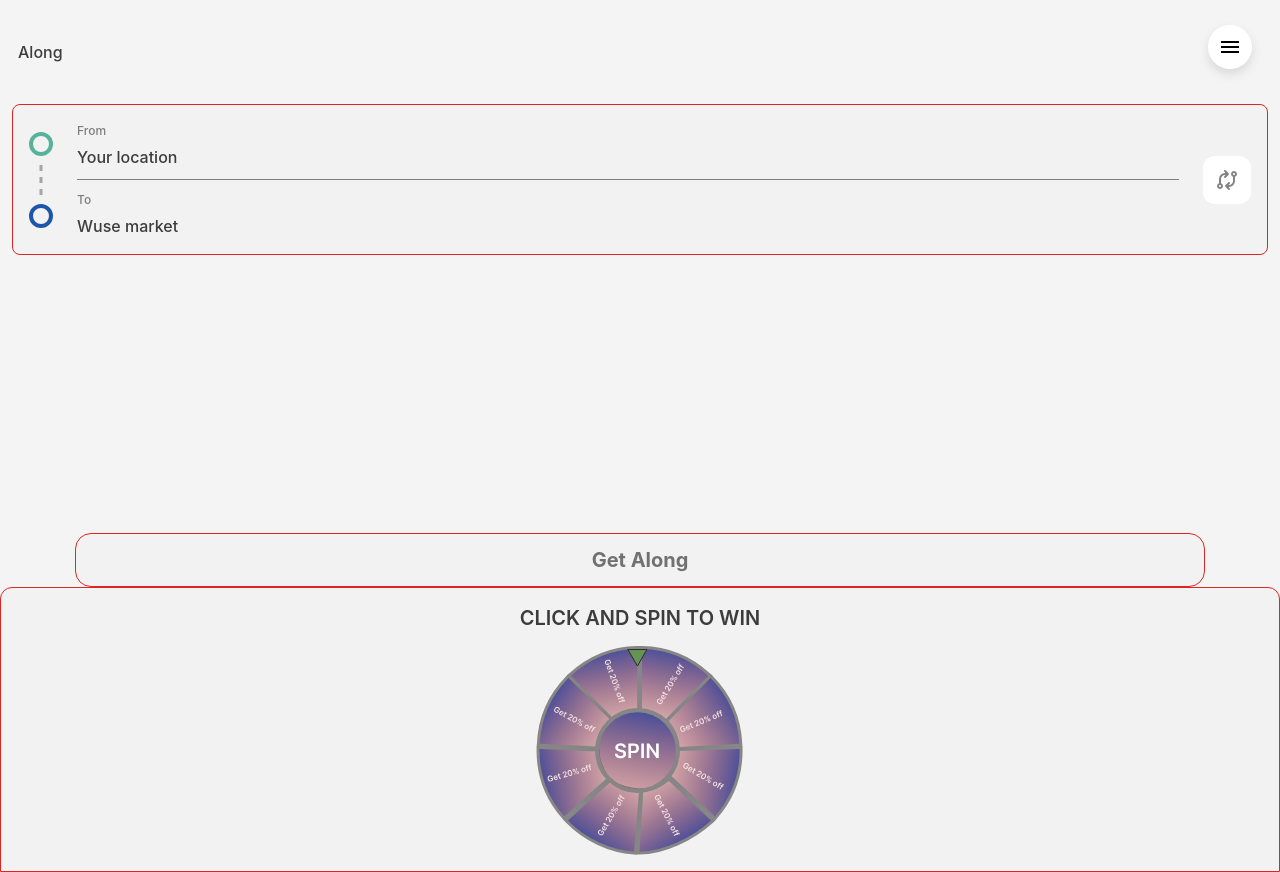
Repository: TeamAlong/Along-App
Page: /
An editor plug-in stored every save of this project. The page is shown before and after the next save, followed by the edit.
The browser window is 1280 px wide. The pictures show the whole page.
The project was rebuilt for these pictures with package versions that can differ from the ones it lists, and the page was loaded fresh each time. The framework's server and built-in components were replaced by stand-ins that run in the browser. Also part of the build but not shown: next.config.mjs, src/components/user/drivers-preview.js.

Above is the page before, as saved 2024-02-26 22:22:54.

After the next save:
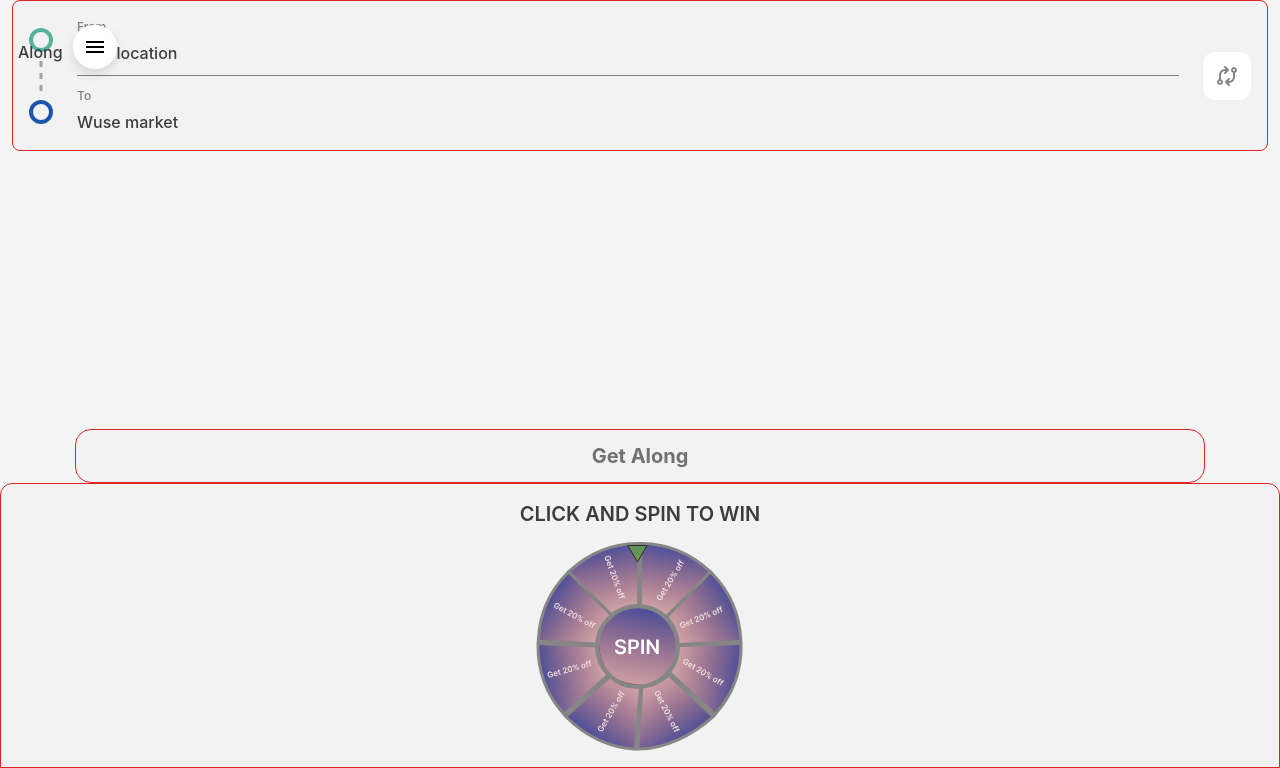
Saved 56 s later.
--- a/src/components/Navbar.js
+++ b/src/components/Navbar.js
@@ -3,7 +3,7 @@ import Menu from "../../public/assets/hamburger.svg";
 
 export default function Navbar() {
   return (
-    <nav className="flex items-center justify-between py-5 px-[18px]">
+    <nav className="fixed top-0 left-0 flex items-center justify-between py-5 px-[18px]">
         <h1>Along</h1>
         <Image src={Menu} alt="hamburger menu"/>
     </nav>
